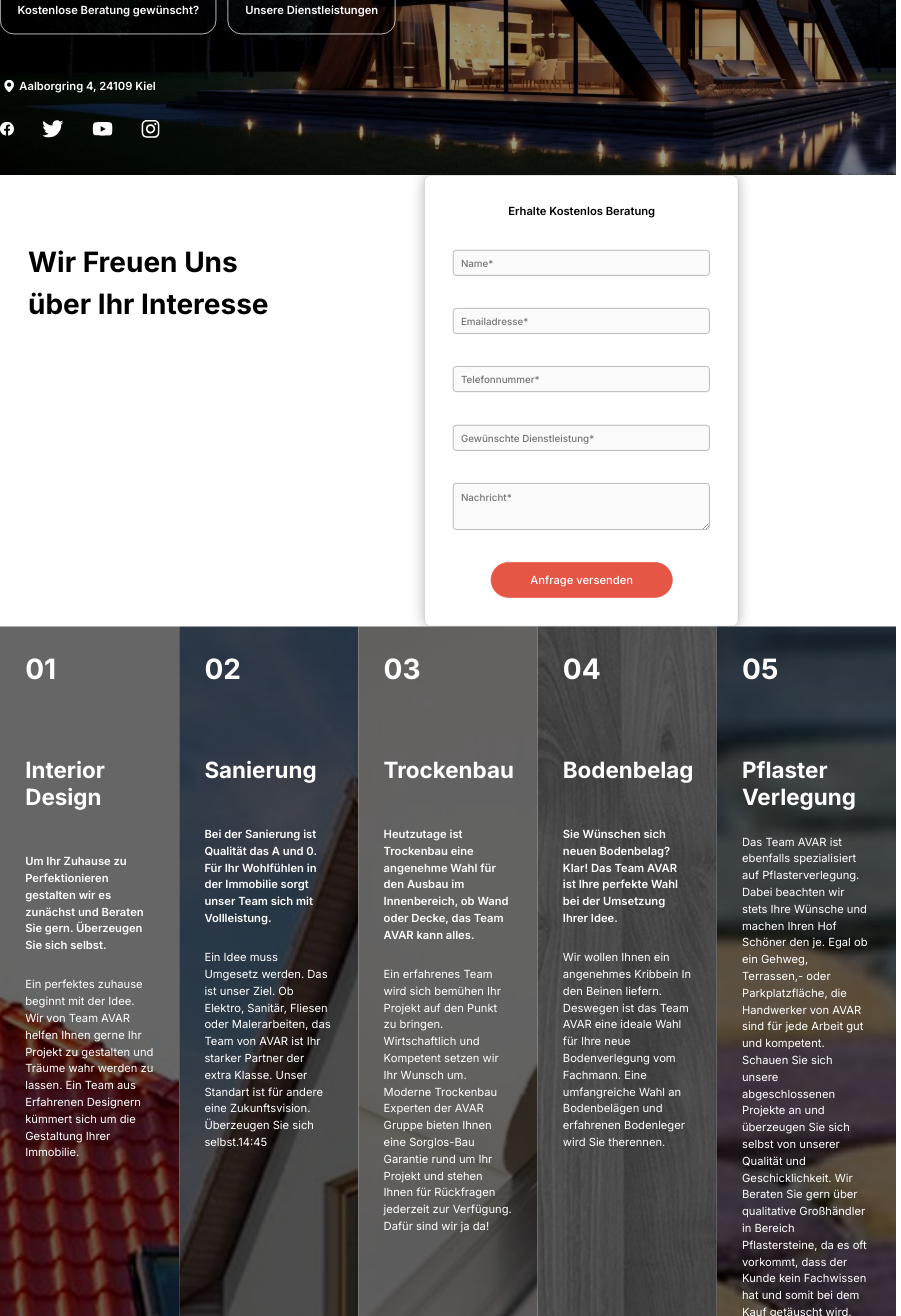
Repository: AlazarStudio/avar_react
Page: /
These files come from the project's save history. The page is drawn as it stood at one moment and after a run of saves; the edit follows.
The browser window is 1280 px wide. The page is 1287 px wide, so the pictures cover 1287 px, including what lies to the right of the window. The pictures show the part of the page from y = 470 to 2350 px (the page is 7978 px tall before and 8058 px after), at 70% of full size.
The project was rebuilt for these pictures with package versions that can differ from the ones it lists, and the page was loaded fresh each time. Also part of the build but not shown: vite.config.js, src/Components/Pages/Non_Found_Page.jsx, src/Components/Pages/HomePage/HomePage.module.css, src/Components/Pages/UberUnsPage/UberUnsPage.module.css, src/Components/ui/UberUnsContainers/Container1/Container1.module.css, src/Components/ui/UberUnsContainers/Container1/Container1.jsx, src/Components/ui/UberUnsContainers/Container2/Container2.module.css, src/Components/ui/UberUnsContainers/Container2/Container2.jsx and 55 more.

Above is the page before, as saved 2025-07-02 19:18:00.

After the next 2 saves:
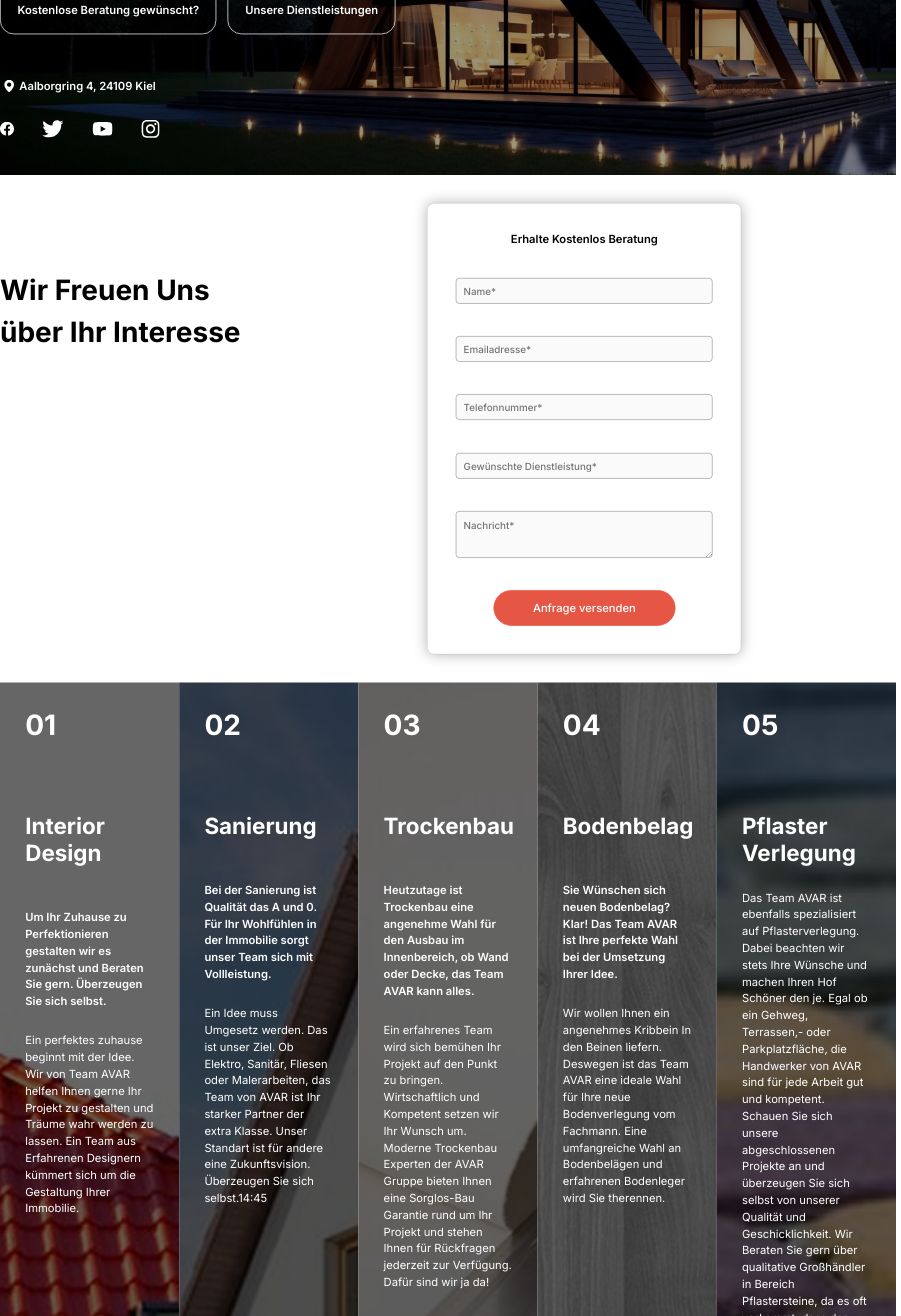
The 2 saves are shown as one change because they came seconds apart.
The last was saved 7 s later.
--- a/src/Components/ui/HomePageContainers/Container2/Container2.module.css
+++ b/src/Components/ui/HomePageContainers/Container2/Container2.module.css
@@ -9,7 +9,7 @@
   display: flex;
   width: 100%;
   max-width: 1304px;
-  padding: 0 40px;
+  padding: 40px 0;
 }
 
 .container2Left {
